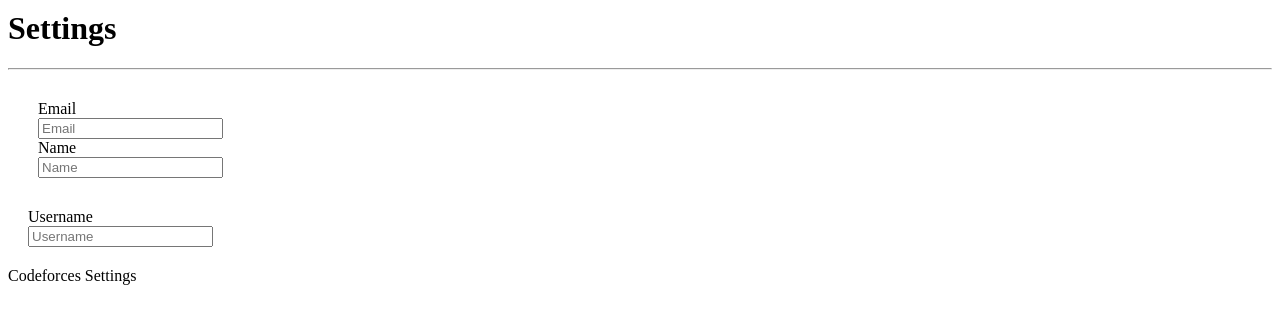
Repository: cjtoribio/algopit
Page: nodejs/public/partials/settings.html
The author's editor kept a record of every edit. The page is drawn from the files as they stood at one moment, then again after the next edit.
The browser window is 1280 px wide. The pictures show the whole page.

Above is the page before.

After the next edit:
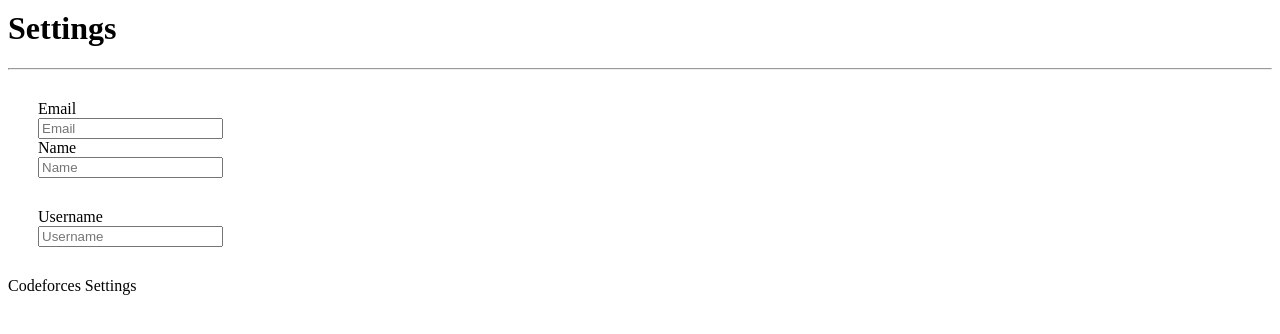
The edit:
--- a/nodejs/public/partials/settings.html
+++ b/nodejs/public/partials/settings.html
@@ -25,7 +25,7 @@
 			        </algo-pane>
 
 			        <algo-pane title="Spoj">
-			            <div class="container" style="margin: 20px;">
+			            <div class="container" style="margin: 30px;">
 			                <form class="form-horizontal">
 								<div class="form-group">
 								<label for="i1" class="col-sm-1 control-label">Username</label>
